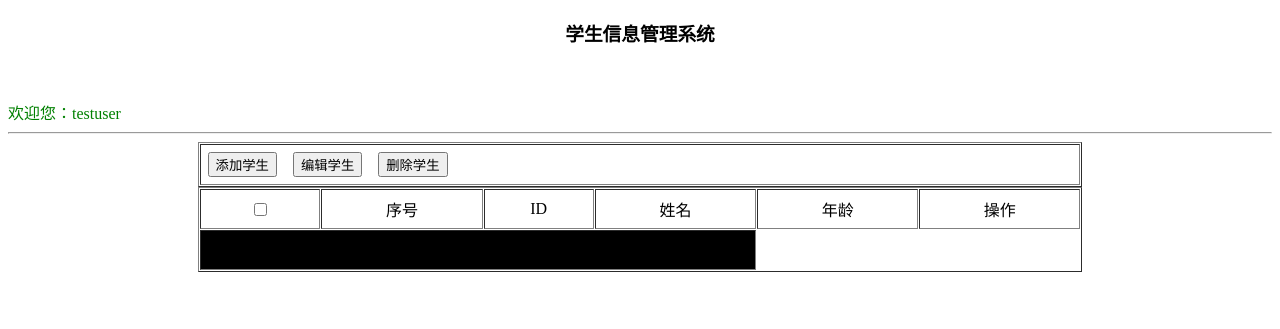
Repository: DataBoxWx/mvc_servlet_3
Page: http://localhost/jsp_1_homework/studentlist.do
An editor plug-in stored every save of this project. The page is shown before and after the next save, followed by the edit.
The browser window is 1280 px wide. The pictures show the whole page.
The page is served by Tomcat 9. The session is filled in as if someone had signed in: {"username": "testuser"}. Queries for data that is not in the repository find no rows.

Above is the page before, as saved 2018-05-04 13:45:53.

After the next save:
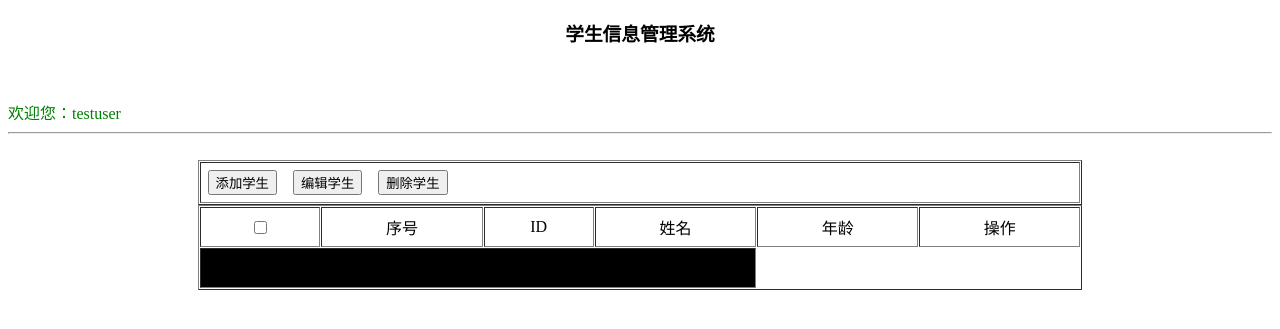
Saved 111 s later.
--- a/jsp_1_homework/WebContent/jsp/studentlist.jsp
+++ b/jsp_1_homework/WebContent/jsp/studentlist.jsp
@@ -84,7 +84,7 @@
 </head>
 <body>
 	<h3 style="text-align:center">学生信息管理系统</h3><br/><br/>
-	<div style="color: green">欢迎您：${username}</div><hr>
+	<div style="color: green">欢迎您：${username}</div><hr><br>
 	<table border="1"  align="center" width=70% cellpadding="7" cellspacing="1">
 		<tr>
 			<td style="text-align:left" >
